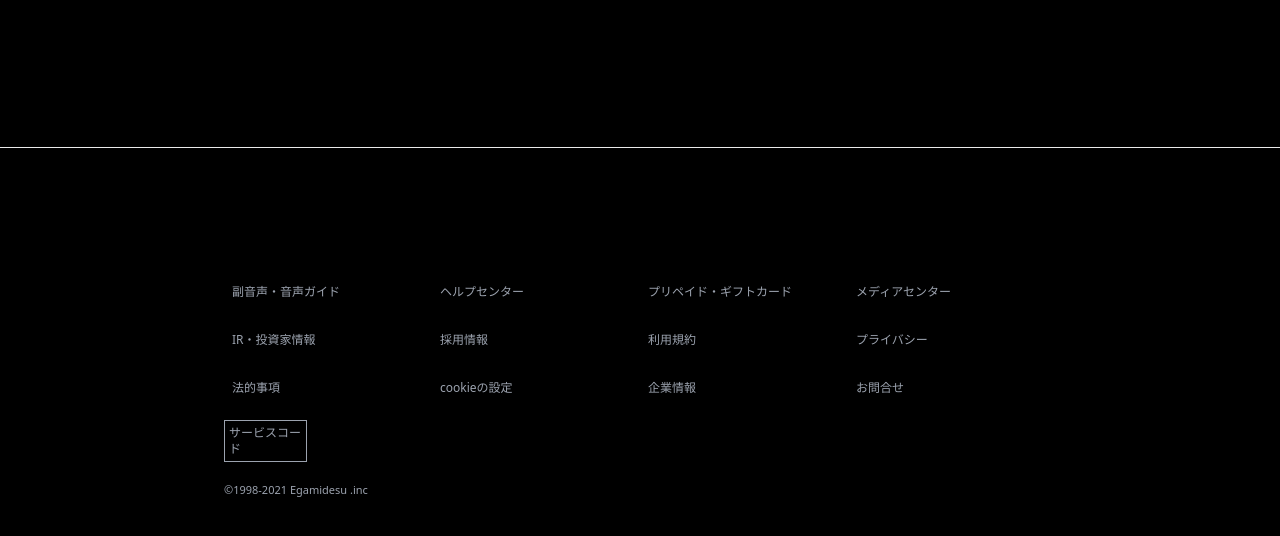
Repository: Reiya-1003/NextMovieApp
Page: /componets/navbar
An editor plug-in stored every save of this project. The page is shown before and after the next save, followed by the edit.
The browser window is 1280 px wide. The pictures show the whole page.
The page's requests for data from a server got no answer. The project was rebuilt for these pictures with package versions that can differ from the ones it lists, and the page was loaded fresh each time. The framework's server and built-in components were replaced by stand-ins that run in the browser. No one was signed in, and anything a server would have sent is missing. Also part of the build but not shown: next.config.js.

Above is the page before, as saved 2022-01-19 11:38:04.

### pages/_app.tsx
import "tailwindcss/tailwind.css";
import "../styles/globals.scss";
import type { AppProps } from "next/app";
import Layout from "./componets/layout";
import { useState } from "react";
import { MyIdContext } from "./IdContext";
import { ApolloClient, InMemoryCache, ApolloProvider } from "@apollo/client";
import { SessionProvider } from "next-auth/react"




const cache = new InMemoryCache();
const client = new ApolloClient({
  uri: "http://localhost:4000/graphql",
  cache,
});

function MyApp({ Component,  pageProps}: AppProps) {
  const [movieid, setMovieid] = useState<string>("");

  return (
    <SessionProvider session={pageProps.session}>
    <ApolloProvider client={client}>

      <MyIdContext.Provider value={{ movieid, setMovieid }}>

        <Layout>

          <Component {...pageProps} />

        </Layout>


      </MyIdContext.Provider>

    </ApolloProvider>
    </SessionProvider>



  );
}

export default MyApp;

### pages/componets/navbar.tsx
import StarsIcon from "@mui/icons-material/Stars";
import TwitterIcon from '@mui/icons-material/Twitter';
import styles from '../../styles/Home.module.css'
import { useState } from "react";
import Link from "next/link";
import { signIn, signOut, useSession } from "next-auth/react";



export default function Navber() {

  const {data: session,status} =useSession();
  console.log(session)
  return (
    <div className={styles.nav}>

         <div className={styles.nav__contents}>
             <Link href={`/Favo`}>
               <div className={styles.nav__icon}>
                  <StarsIcon></StarsIcon>
                </div>
              </Link>
             <a href="http://localhost:3000/#" className={styles.nav__logo}>
               MOVIEFLIX
             </a>
          </div>




      <div className={styles.headbar__login}>
        {!session && <div>
      Not sign in
      <button onClick={()=>signIn()}>Sign In</button>
      </div>}
      {session && <div>
      sign in as {session.user.name}
      <button onClick={()=>signOut()}>Sign Out</button></div>}
      </div>

    </div>
  );
}

### styles/globals.scss
@tailwind base;
@tailwind components;
@tailwind utilities;

* {
    background-color: black;

  }

### pages/componets/layout.tsx
import Navbar from "./navbar";
import Footer from "./footer"


export default function Layout({ children }: any) {
  return (
    <>
      <Navbar />
      <main>{children}</main>
      <Footer/>
    </>
  );
}

### pages/IdContext.tsx
import { AnySoaRecord } from "dns";
import { createContext } from "react";

export const MyIdContext = createContext<any>("");

### styles/Home.module.css
@charset "UTF-8";
/******************************************************************

Stylesheet: ベーススタイル
スマホ画面サイズに合わせてる、んでサイズが大き区なるごとのstyleを書くpxのsassファイルに
書いてるって流れ
******************************************************************/
.container {
  padding: 0 2rem;
}

.main {
  min-height: 100vh;
  padding: 4rem 0;
  -webkit-box-flex: 1;
      -ms-flex: 1;
          flex: 1;
  display: -webkit-box;
  display: -ms-flexbox;
  display: flex;
  -webkit-box-orient: vertical;
  -webkit-box-direction: normal;
      -ms-flex-direction: column;
          flex-direction: column;
  -webkit-box-pack: center;
      -ms-flex-pack: center;
          justify-content: center;
  -webkit-box-align: center;
      -ms-flex-align: center;
          align-items: center;
}

.footer {
  display: -webkit-box;
  display: -ms-flexbox;
  display: flex;
  -webkit-box-flex: 1;
      -ms-flex: 1;
          flex: 1;
  padding: 2rem 0;
  border-top: 1px solid #eaeaea;
  -webkit-box-pack: center;
      -ms-flex-pack: center;
          justify-content: center;
  -webkit-box-align: center;
      -ms-flex-align: center;
          align-items: center;
}

.footer a {
  display: -webkit-box;
  display: -ms-flexbox;
  display: flex;
  -webkit-box-pack: center;
      -ms-flex-pack: center;
          justify-content: center;
  -webkit-box-align: center;
      -ms-flex-align: center;
          align-items: center;
  -webkit-box-flex: 1;
      -ms-flex-positive: 1;
          flex-grow: 1;
}

.title a {
  color: #0070f3;
  text-decoration: none;
}

.title a:hover,
.title a:focus,
.title a:active {
  text-decoration: underline;
}

.title {
  margin: 0;
  line-height: 1.15;
  font-size: 4rem;
}

.title,
.description {
  text-align: center;
}

.description {
  margin: 4rem 0;
  line-height: 1.5;
  font-size: 1.5rem;
}

.code {
  background: #fafafa;
  border-radius: 5px;
  padding: 0.75rem;
  font-size: 1.1rem;
  font-family: Menlo, Monaco, Lucida Console, Liberation Mono, DejaVu Sans Mono, Bitstream Vera Sans Mono, Courier New, monospace;
}

.grid {
  display: -webkit-box;
  display: -ms-flexbox;
  display: flex;
  -webkit-box-align: center;
      -ms-flex-align: center;
          align-items: center;
  -webkit-box-pack: center;
      -ms-flex-pack: center;
          justify-content: center;
  -ms-flex-wrap: wrap;
      flex-wrap: wrap;
  max-width: 800px;
}

.card {
  margin: 1rem;
  padding: 1.5rem;
  text-align: left;
  color: inherit;
  text-decoration: none;
  border: 1px solid #eaeaea;
  border-radius: 10px;
  -webkit-transition: color 0.15s ease, border-color 0.15s ease;
  transition: color 0.15s ease, border-color 0.15s ease;
  max-width: 300px;
}

.card:hover,
.card:focus,
.card:active {
  color: #0070f3;
  border-color: #0070f3;
}

.card h2 {
  margin: 0 0 1rem 0;
  font-size: 1.5rem;
}

.card p {
  margin: 0;
  font-size: 1.25rem;
  line-height: 1.5;
}

.logo {
  height: 1em;
  margin-left: 0.5rem;
}

@media (max-width: 600px) {
  .grid {
    width: 100%;
    -webkit-box-orient: vertical;
    -webkit-box-direction: normal;
        -ms-flex-direction: column;
            flex-direction: column;
  }
}

.banner {
  height: 448px;
  position: relative;
  color: white;
  -o-object-fit: contain;
     object-fit: contain;
}




.banner__title {
  background: transparent;
  font-size: 3rem;
  font-weight: 800;
  padding-bottom: 0.3rem;
}

.banner_buttons {
  background: transparent;
}

.banner_button {
  background: transparent;
  cursor: pointer;
  color: #fff;
  outline: none;
  border: none;
  font-weight: 700;
  border-radius: 0.2vw;
  padding-left: 2rem;
  padding-right: 2rem;
  margin-right: 1rem;
  padding-top: 0.5rem;
  background-color: rgba(51, 51, 51, 0.5);
  padding-bottom: 0.5rem;
}

.banner_button:hover {
  color: #000;
  background-color: #e6e6e6;
  -webkit-transition: all 0.2s;
  transition: all 0.2s;
}

.banner_description {
  background: transparent;
  width: 45rem;
  line-height: 1.3;
  padding-top: 1rem;
  font-size: 0.8rem;
  max-width: 360px;
  height: 80px;
}

.banner__fadeBottom {
  position: absolute;
  background: transparent;
  height: 7.4rem;
  background-image: -webkit-gradient(linear, left top, left bottom, from(transparent), color-stop(rgba(37, 37, 37, 0.61)), to(#111));
  background-image: linear-gradient(180deg, transparent, rgba(37, 37, 37, 0.61), #111);
}
/*# sourceMappingURL=Home.module.css.map */

### pages/componets/footer.tsx
import React from 'react'
import TwitterIcon from '@mui/icons-material/Twitter';
import InstagramIcon from '@mui/icons-material/Instagram';
import FacebookIcon from '@mui/icons-material/Facebook';
import YouTubeIcon from '@mui/icons-material/YouTube';
import styles from '../../styles/Home.module.css'

export default function Footer(){
    return (
        <footer className={styles.footer}>
        <div className="mx-56">
            <div>
                <a className="mr-4" href="https://twitter.com/home?lang=ja"><TwitterIcon/></a>
                <a className="mr-4" href="https://www.instagram.com/"><InstagramIcon/></a>
                <a className="mr-4" href="https://www.facebook.com/"><FacebookIcon/></a>
                <a className="mr-4" href="https://www.youtube.com/"><YouTubeIcon/></a>
            </div>
           <ul className="flex flex-wrap text-gray-400">
                <li className="mb-4 text-xs w-1/4 flex-none p-2">副音声・音声ガイド</li>
                <li className="mb-4 text-xs w-1/4 flex-none p-2">ヘルプセンター</li>
                <li className="mb-4 text-xs w-1/4 flex-none p-2">プリペイド・ギフトカード</li>
                <li className="mb-4 text-xs w-1/4 flex-none p-2">メディアセンター</li>
                <li className="mb-4 text-xs w-1/4 flex-none p-2">IR・投資家情報</li>
                <li className="mb-4 text-xs w-1/4 flex-none p-2">採用情報</li>
                <li className="mb-4 text-xs w-1/4 flex-none p-2">利用規約</li>
                <li className="mb-4 text-xs w-1/4 flex-none p-2">プライバシー</li>
                <li className="mb-4 text-xs w-1/4 flex-none p-2">法的事項</li>
                <li className="mb-4 text-xs w-1/4 flex-none p-2">cookieの設定</li>
                <li className="mb-4 text-xs w-1/4 flex-none p-2">企業情報</li>
                <li className="mb-4 text-xs w-1/4 flex-none p-2">お問合せ</li>
            </ul>
            <div className="text-xs text-gray-400 p-1 mb-5 border divide-solid border-gray-400" style={{marginRight:"90%"}}>サービスコード</div>
            <div className="text-gray-400" style={{fontSize:"11px"}}>©︎1998-2021 Egamidesu .inc </div>
            </div>


        </footer>
    )
}


//tailwindで書いてる

Loaded but not shown: tailwind.config.js (common file)

After the next save:
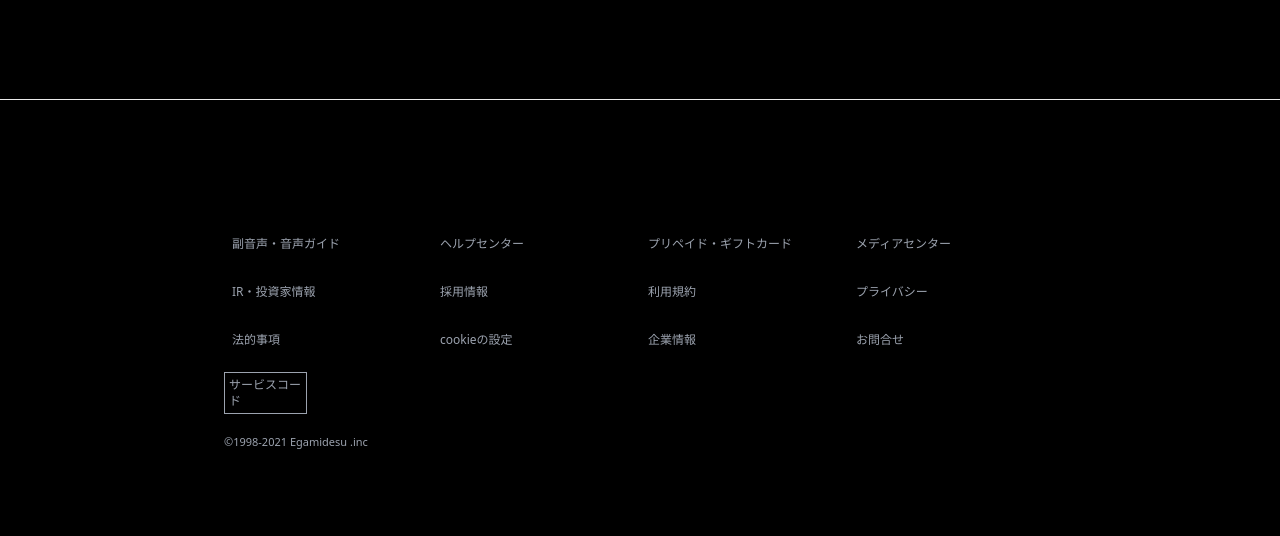
Saved 71 s later.
--- a/pages/componets/navbar.tsx
+++ b/pages/componets/navbar.tsx
@@ -16,9 +16,9 @@ export default function Navber() {
 
          <div className={styles.nav__contents}>
              <Link href={`/Favo`}>
-               <div className={styles.nav__icon}>
+               <span>
                   <StarsIcon></StarsIcon>
-                </div>
+                </span>
               </Link>
              <a href="http://localhost:3000/#" className={styles.nav__logo}>
                MOVIEFLIX
